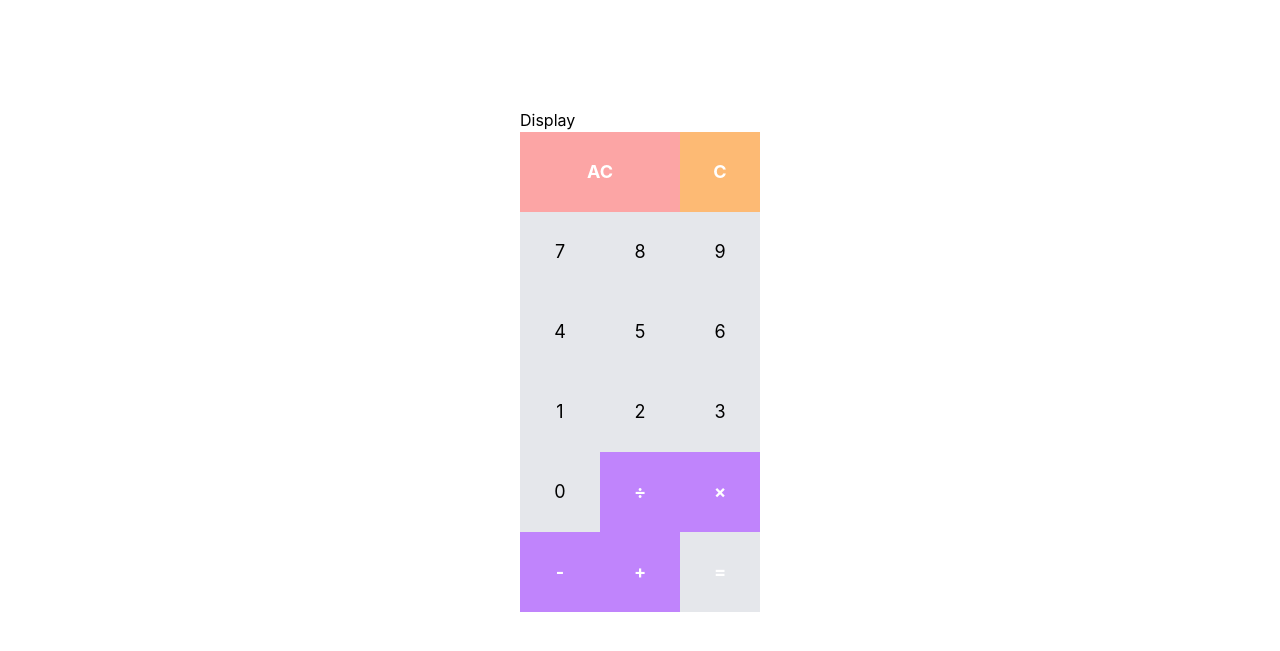
Repository: BrianPhamDev/calculator_app
Page: /
An editor plug-in stored every save of this project. The page is shown before and after the next save, followed by the edit.
The browser window is 1280 px wide. The pictures show the whole page.
The project was rebuilt for these pictures with package versions that can differ from the ones it lists, and the page was loaded fresh each time. Also part of the build but not shown: vite.config.js.

Above is the page before, as saved 2024-01-09 14:32:57.

After the next save:
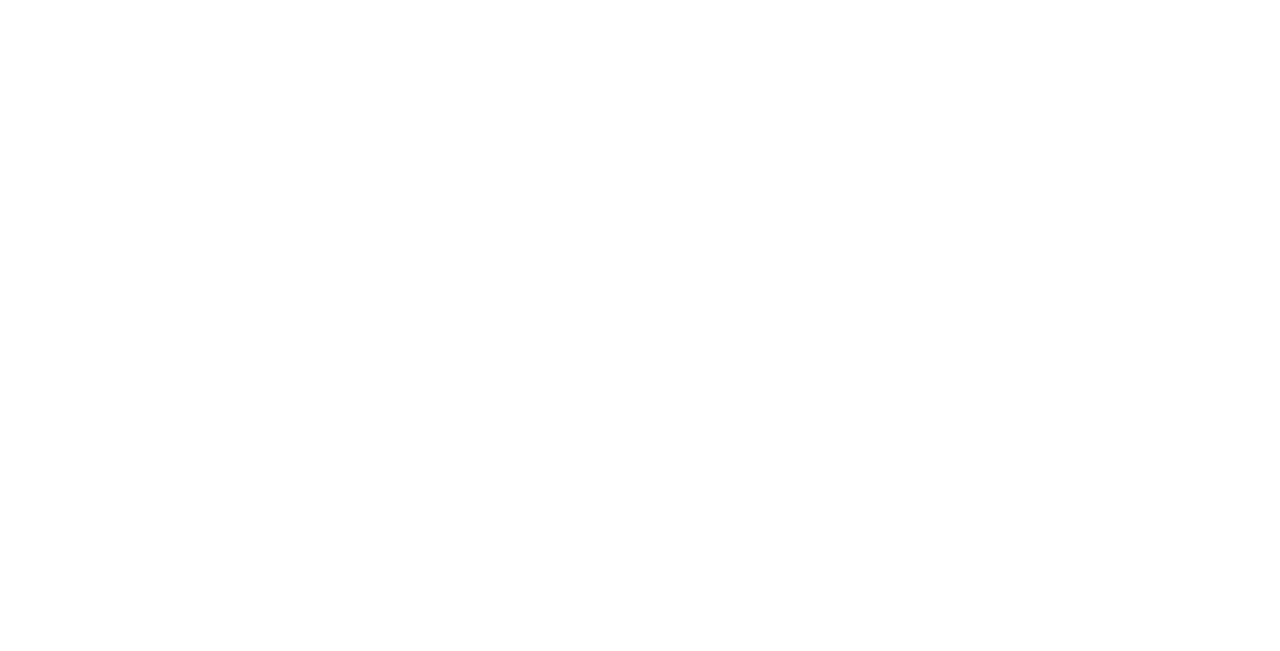
Console error: ReferenceError: useState is not defined
Saved 36 s later.
--- a/src/components/Calculator.jsx
+++ b/src/components/Calculator.jsx
@@ -9,6 +9,9 @@
     ac: "col-span-2 w-40 bg-red-300 text-white font-bold hover:bg-red-400",
     c: "bg-orange-300 text-white font-bold hover:bg-orange-400",
   };
+
+  const [display, setDisplay] = useState();
+
   return (
     <div className="">
       <h1>Display</h1>

After the 2 saves that followed:
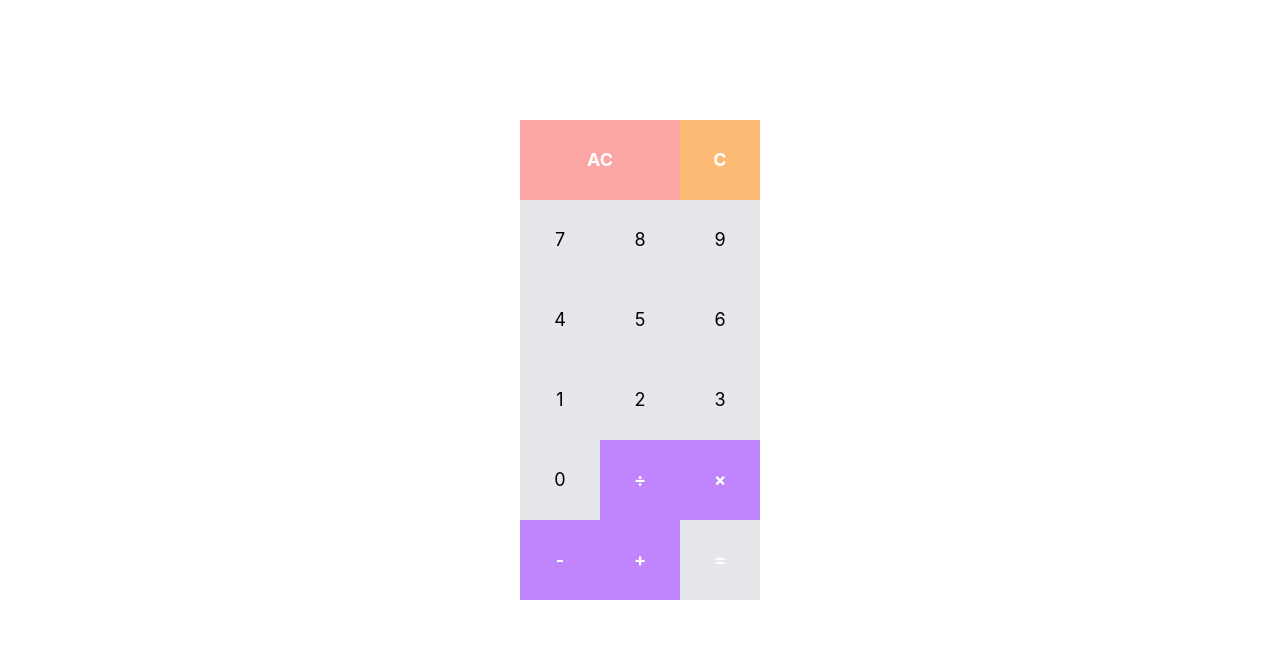
The error is gone.
The 2 saves are shown as one change because 1 left the picture as it was.
The last was saved 46 s later.
--- a/src/components/Calculator.jsx
+++ b/src/components/Calculator.jsx
@@ -1,4 +1,5 @@
 import { calculatorButtons } from "../globals/calculator-button-data";
+import { useState } from "react";
 
 const Calculator = () => {
   const specialTypes = {
@@ -14,7 +15,9 @@
 
   return (
     <div className="">
-      <h1>Display</h1>
+      <div className="w">
+        <h1>{display}</h1>
+      </div>
       <div className="grid grid-cols-3">
         {calculatorButtons.map((button) => {
           return (
